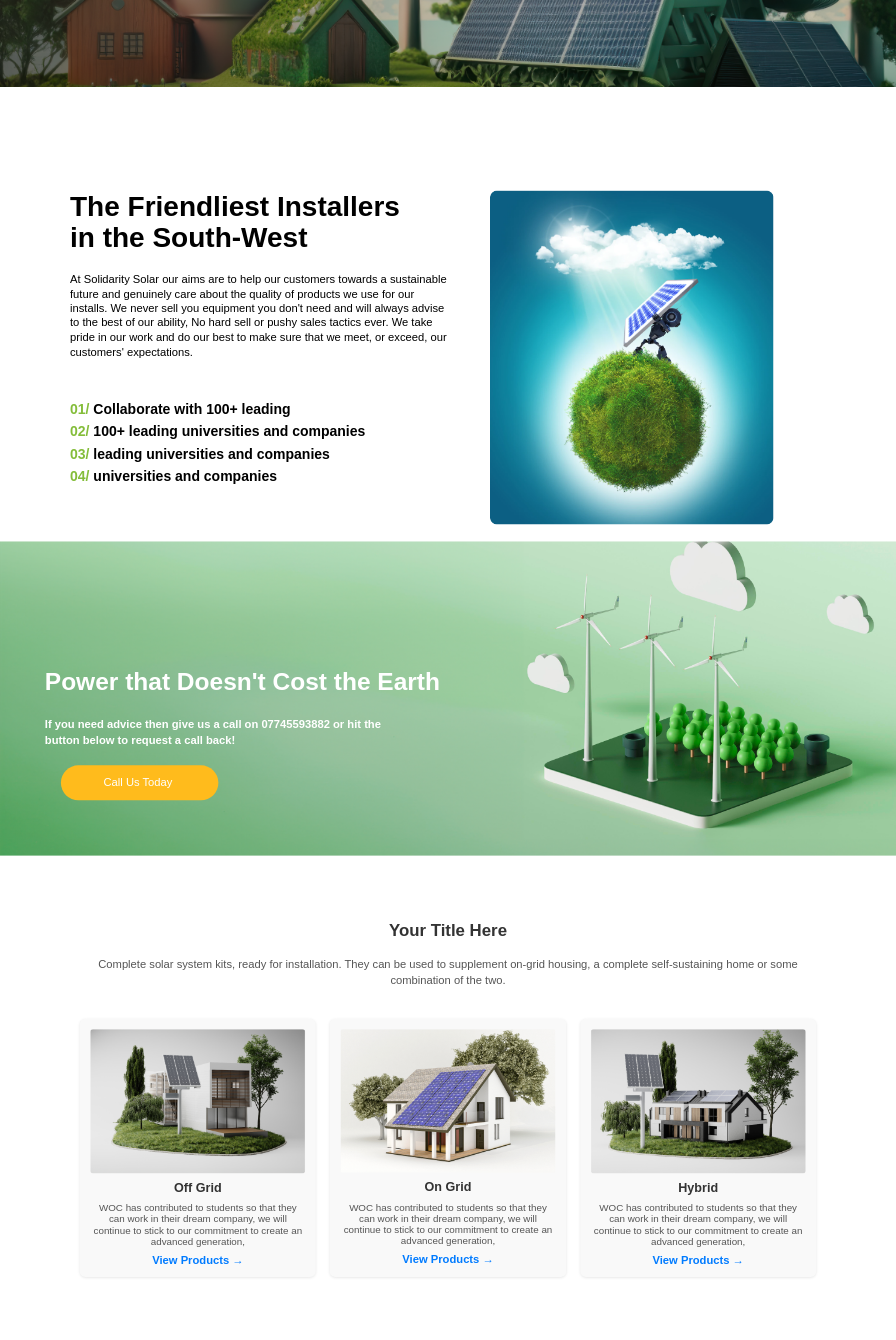
Repository: MaramNabil872/Landing-Page
Page: landingPage.html
The author's editor kept a copy of each file at every save. The page is drawn from the files as they stood at one save, then again after the next save.
The browser window is 1280 px wide. The pictures show the part of the page from y = 656 to 2576 px (the page is 2570 px tall before and 2576 px after), at 70% of full size.

Above is the page before, as saved 2024-10-20 22:08:12.

After the next save:
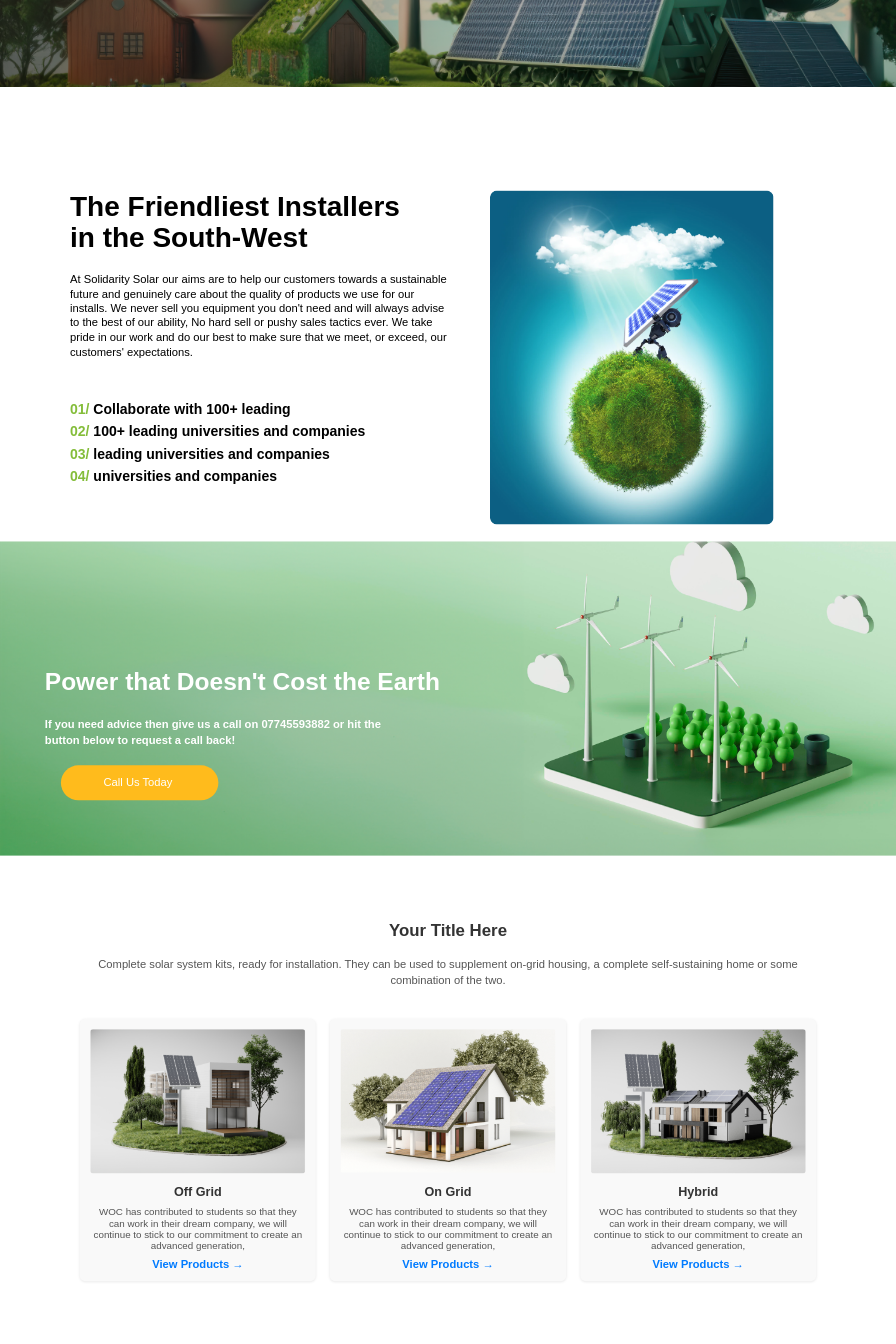
Saved 17 s later.
--- a/landingPage.css
+++ b/landingPage.css
@@ -259,7 +259,7 @@ font-size: 35px;
 .card-title {
     font-size: 18px;
     color: #333;
-    margin-top: 2%;
+    margin-top: 4%;
 }
 
 .card-text {
